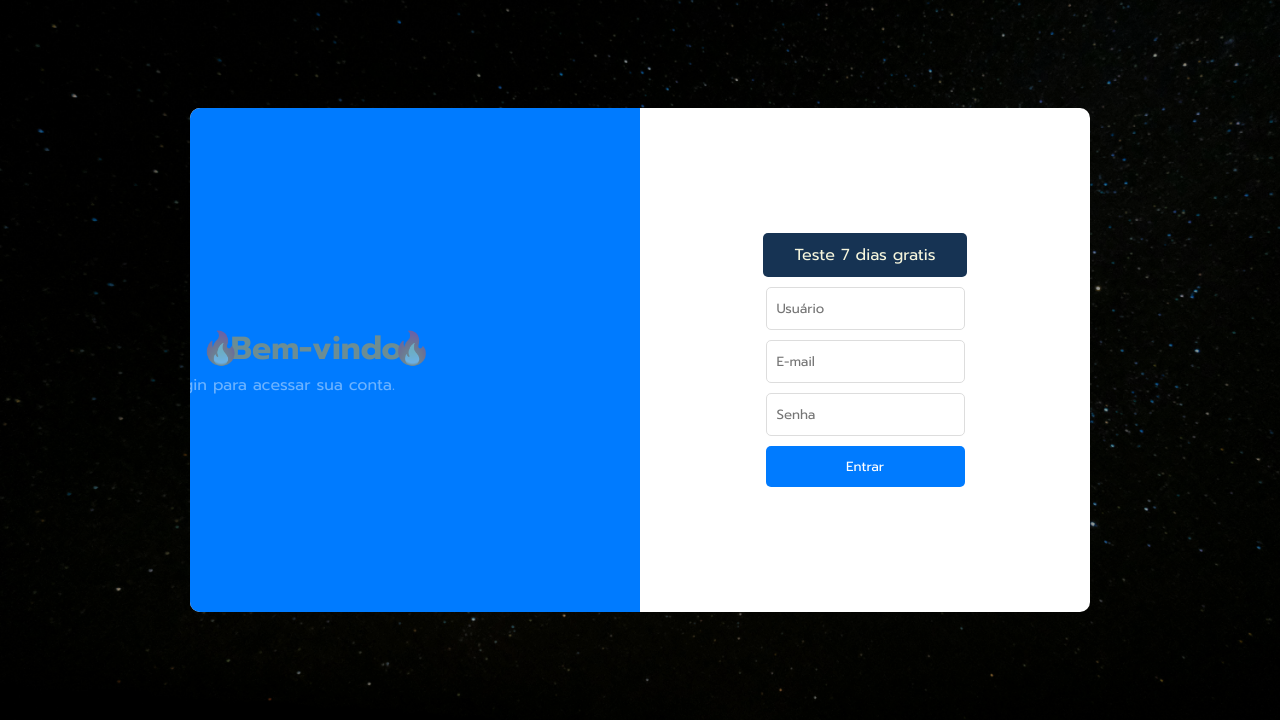
Repository: joao-paulo-paiva/tela-login
Page: index.html
The author's editor kept a copy of each file at every save. The page is drawn from the files as they stood at one save, then again after the next save.
The browser window is 1280 px wide. The pictures show the whole page.

Above is the page before, as saved 2025-04-16 09:13:20.

After the next save:
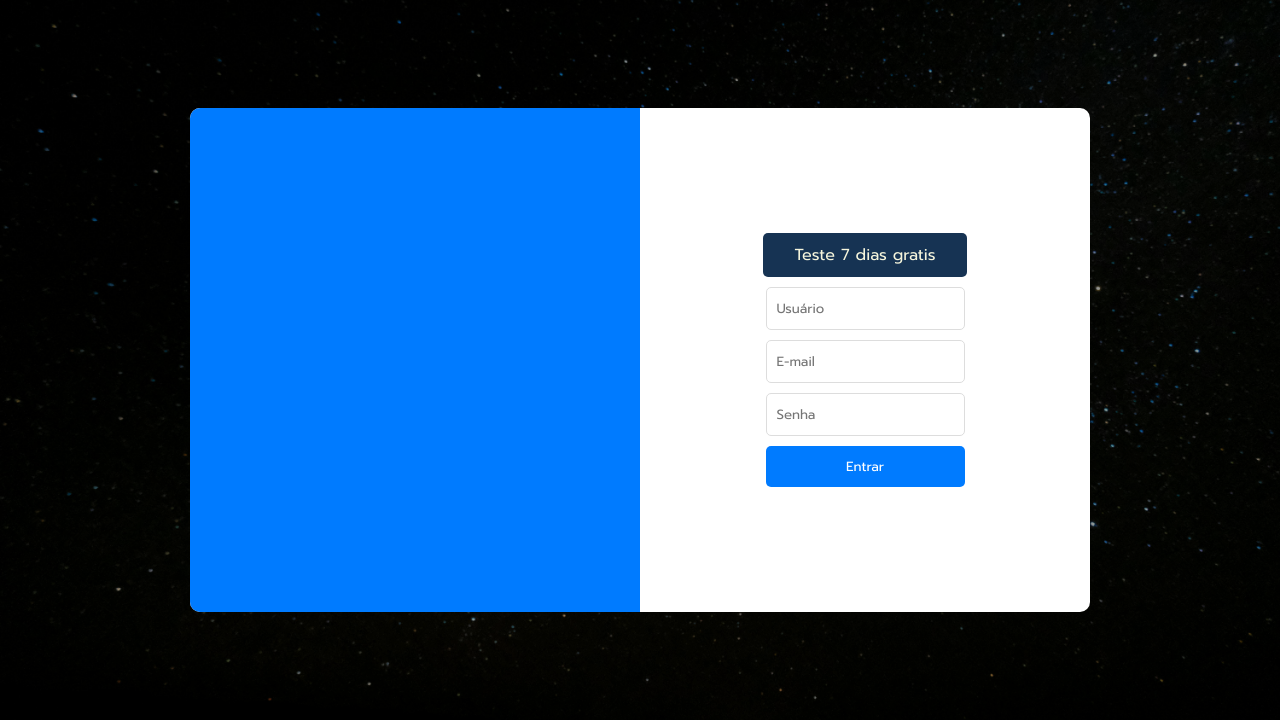
Saved 4 s later.
--- a/style.css
+++ b/style.css
@@ -128,5 +128,5 @@ button {
 }
 
 .esquerda h1, .esquerda p {
-    animation: moverTexto 3s infinite;
+    animation: moverTexto 3s ease-in-out forwards;
 }
